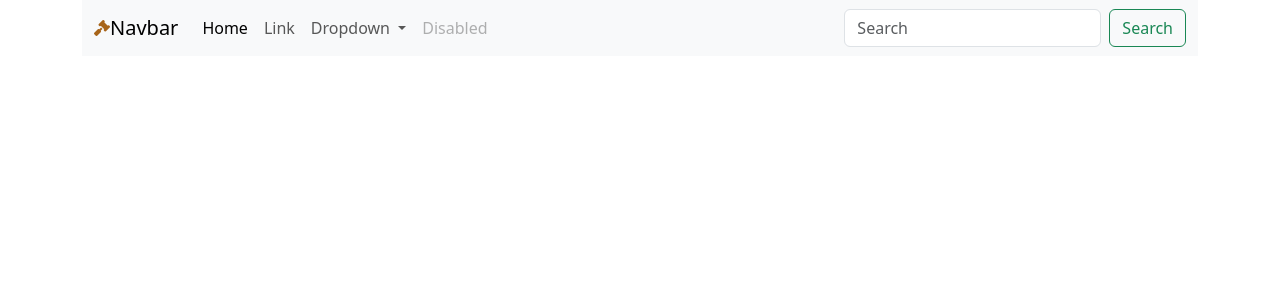
Repository: sadiaafsana138/justice
Page: index.html
These files come from the project's save history. The page is drawn as it stood at one moment and after the next save; the edit follows.
The browser window is 1280 px wide. The pictures show the whole page.
Some web libraries are served in a nearby version.

Above is the page before, as saved 2023-01-25 15:58:15.

After the next save:
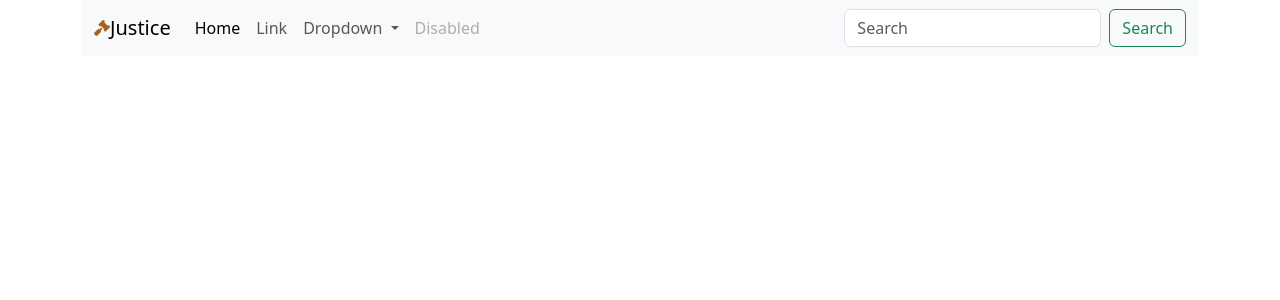
Saved 82 s later.
--- a/index.html
+++ b/index.html
@@ -16,8 +16,8 @@
     <header class="container-lg">
         <nav class="navbar navbar-expand-lg bg-body-tertiary">
             <div class="container-fluid ">
-            <i class="fa-solid fa-gavel primary-color gap-1"></i>
-              <a class="navbar-brand" href="#">Navbar</a>
+            <i class="fa-solid fa-gavel primary-color"></i>
+              <a class="navbar-brand" href="#">Justice</a>
               <button class="navbar-toggler" type="button" data-bs-toggle="collapse" data-bs-target="#navbarSupportedContent" aria-controls="navbarSupportedContent" aria-expanded="false" aria-label="Toggle navigation">
                 <span class="navbar-toggler-icon"></span>
               </button>
